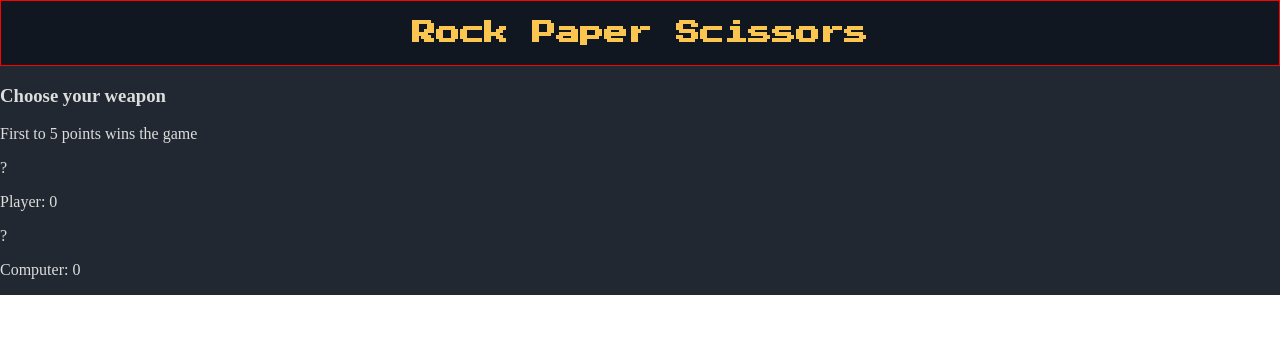
Repository: Aaryan-Poria/Rock-Paper-Scissors
Page: index.html
An editor plug-in stored every save of this project. The page is shown before and after the next save, followed by the edit.
The browser window is 1280 px wide. The pictures show the whole page.

Above is the page before, as saved 2023-08-21 21:31:38.

After the next save:
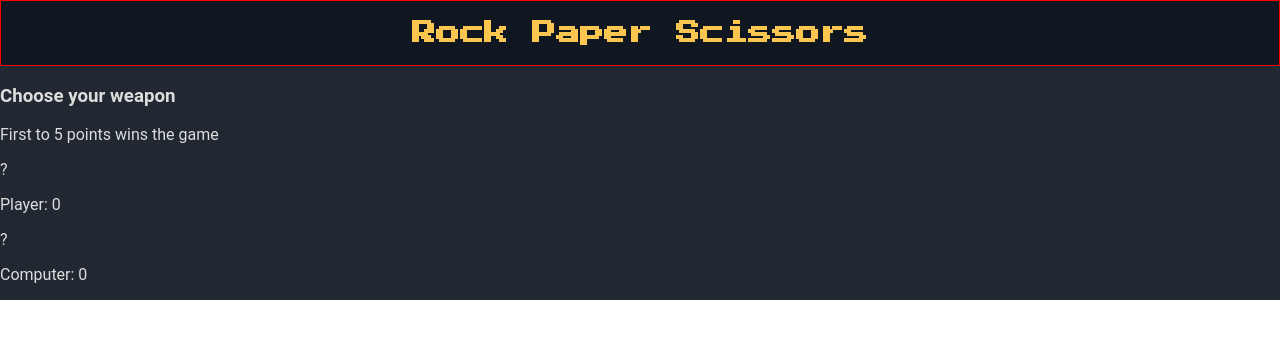
Saved 39 s later.
--- a/style.css
+++ b/style.css
@@ -16,4 +16,5 @@ body {
 .main {
   background-color: #222831;
   color: #dddddd;
+  font-family: "Roboto", sans-serif;
 }
